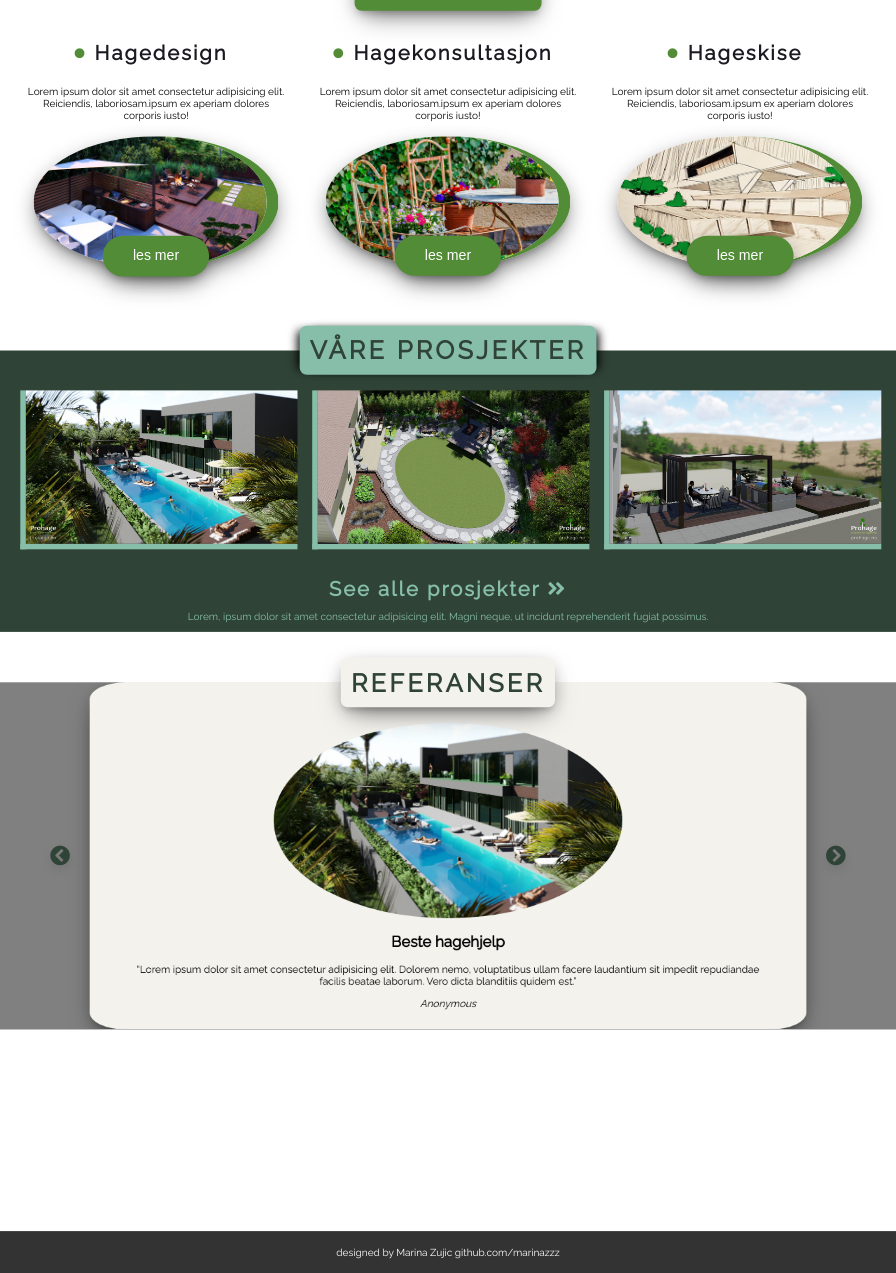
Repository: marinazzz/garden-design-website
Page: index.html
An editor plug-in stored every save of this project. The page is shown before and after the next save, followed by the edit.
The browser window is 1280 px wide. The pictures show the part of the page from y = 1024 to 2944 px (the page is 2843 px tall before and 2944 px after), at 70% of full size.

Above is the page before, as saved 2020-04-03 10:36:24.

After the next save:
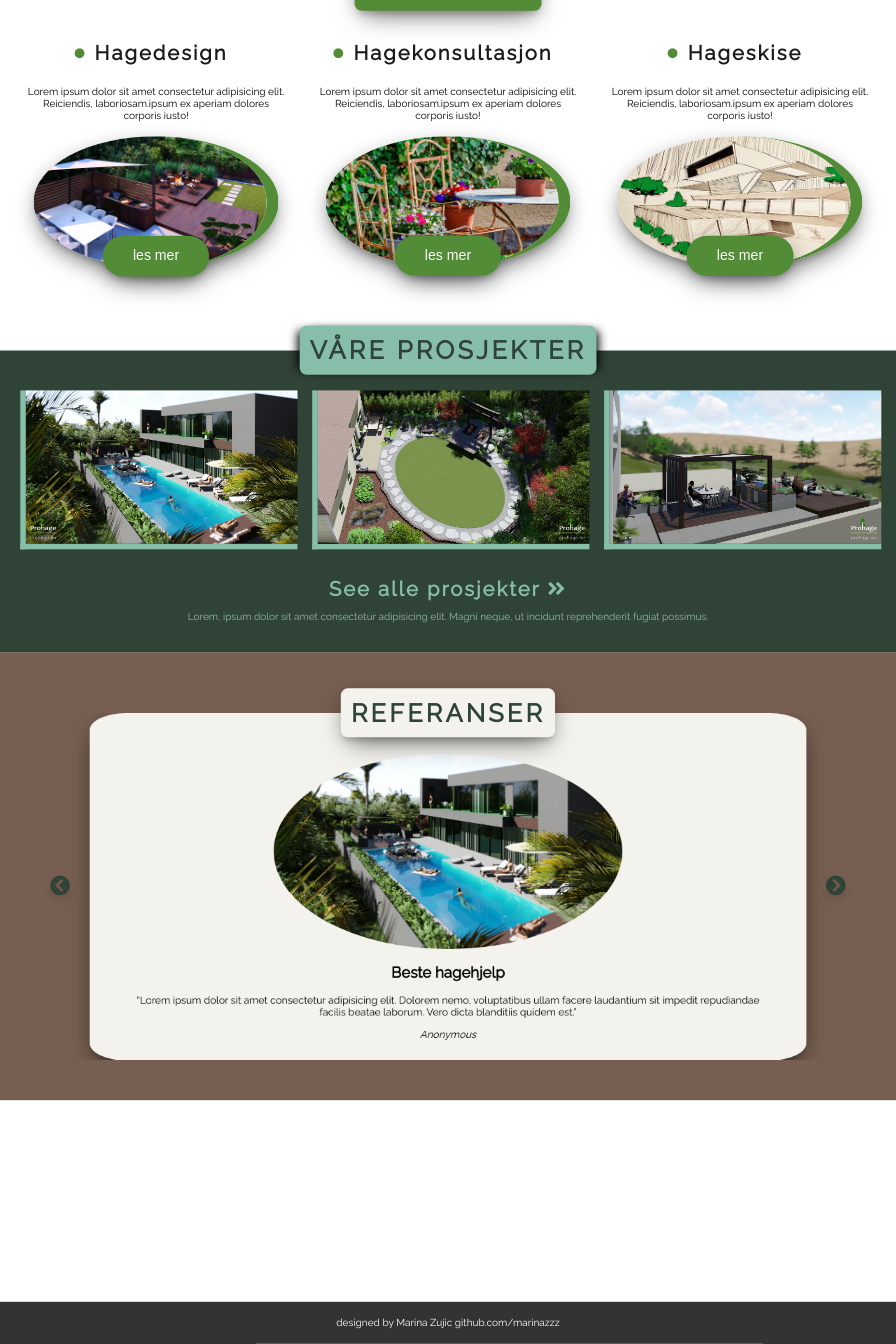
Saved 25 min 55 s later.
--- a/CSS/style.css
+++ b/CSS/style.css
@@ -384,6 +384,7 @@ body {
   display: flex;
   flex-direction: column;
   align-items: center;
+  padding-bottom: 2rem;
 }
 
 .gallery__item-title,
@@ -403,7 +404,9 @@ body {
 /*SECTION REVIEWS*/
 
 .reviews__bg {
-  background: gray;
+  background: #765E50;
+  padding-top: 1rem;
+  padding-bottom: 4rem;
 }
 
 #reviews .glide {
